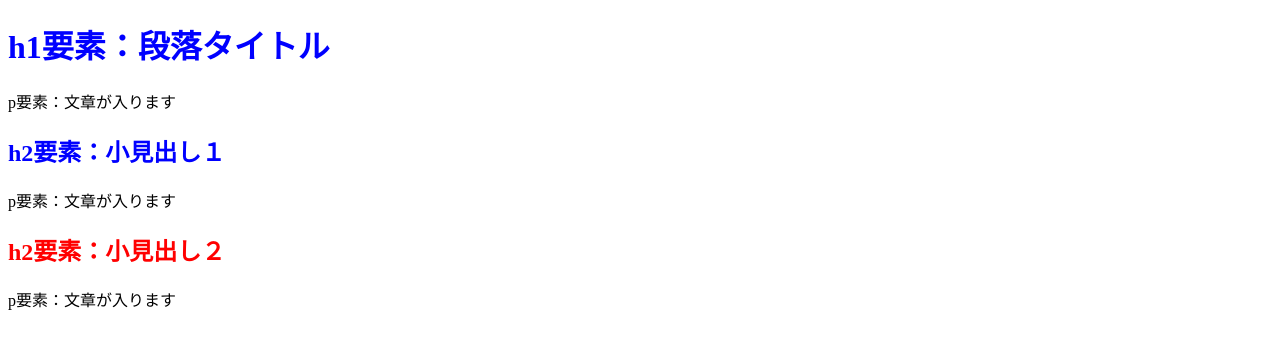
Repository: hokanitao/samurai_HTML-CSS
Page: index.html
The author's editor kept a record of every edit. The page is drawn from the files as they stood at one moment, then again after the next edit.
The browser window is 1280 px wide. The pictures show the whole page.

Above is the page before.

After the next edit:
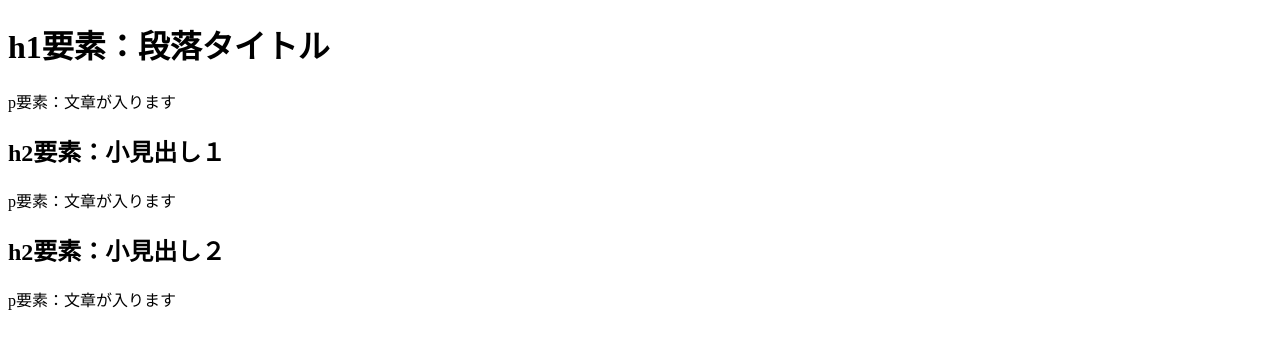
The edit:
--- a/index.html
+++ b/index.html
@@ -3,14 +3,6 @@
 <head>
  <meta charset="UTF-8">
  <title>HTML/CSSの学習</title>
- <style>
-   #red {
-    color: red;
-   }
-   .blue{
-    color: blue;
-   }
- </style>
 </head>
 <body>
  <h1 class="blue">h1要素：段落タイトル</h1>
